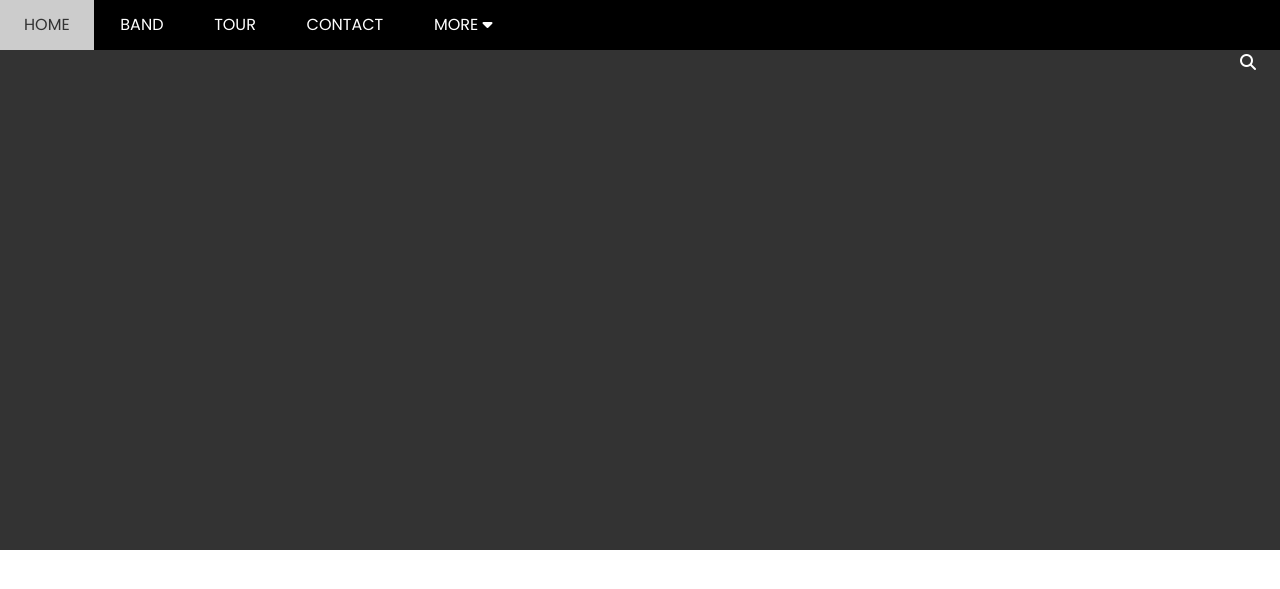
Repository: dptuyen1/the-band
Page: index.html
These files come from the project's save history. The page is drawn as it stood at one moment and after the next save; the edit follows.
The browser window is 1280 px wide. The pictures show the whole page.

Above is the page before, as saved 2023-06-02 13:08:25.

After the next save:
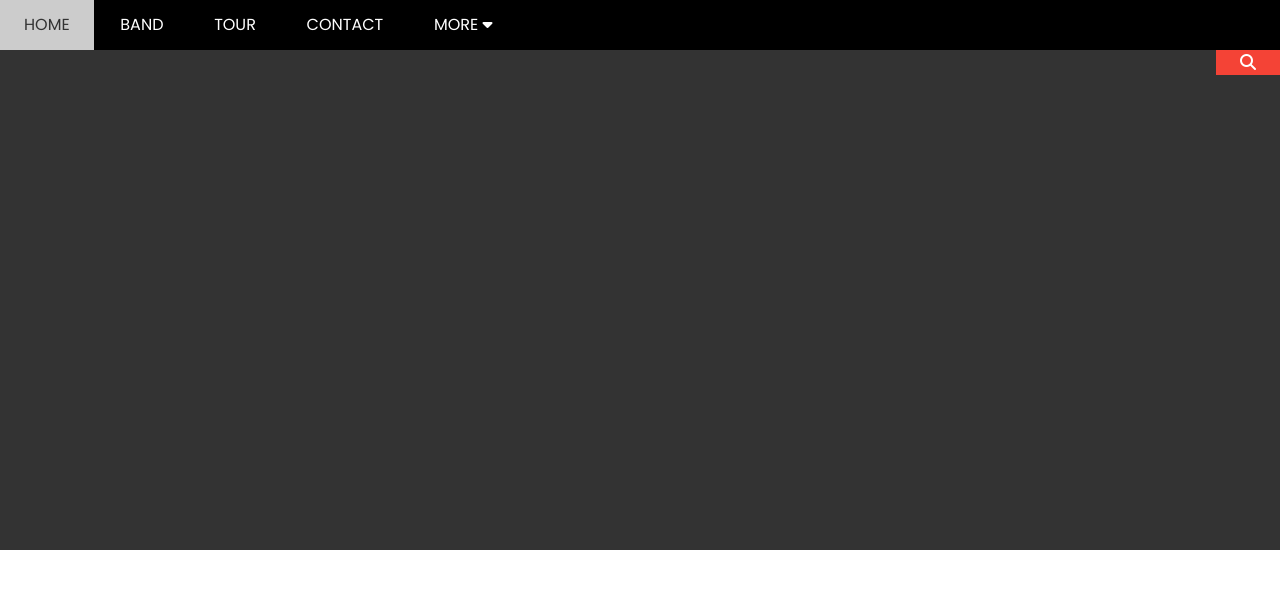
Saved 19 s later.
--- a/assets/css/style.css
+++ b/assets/css/style.css
@@ -83,6 +83,7 @@ html {
   font-size: 1.6rem;
   color: var(--white);
   padding: 0 24px;
+  background-color: #f44336;
 }
 
 #slider {
